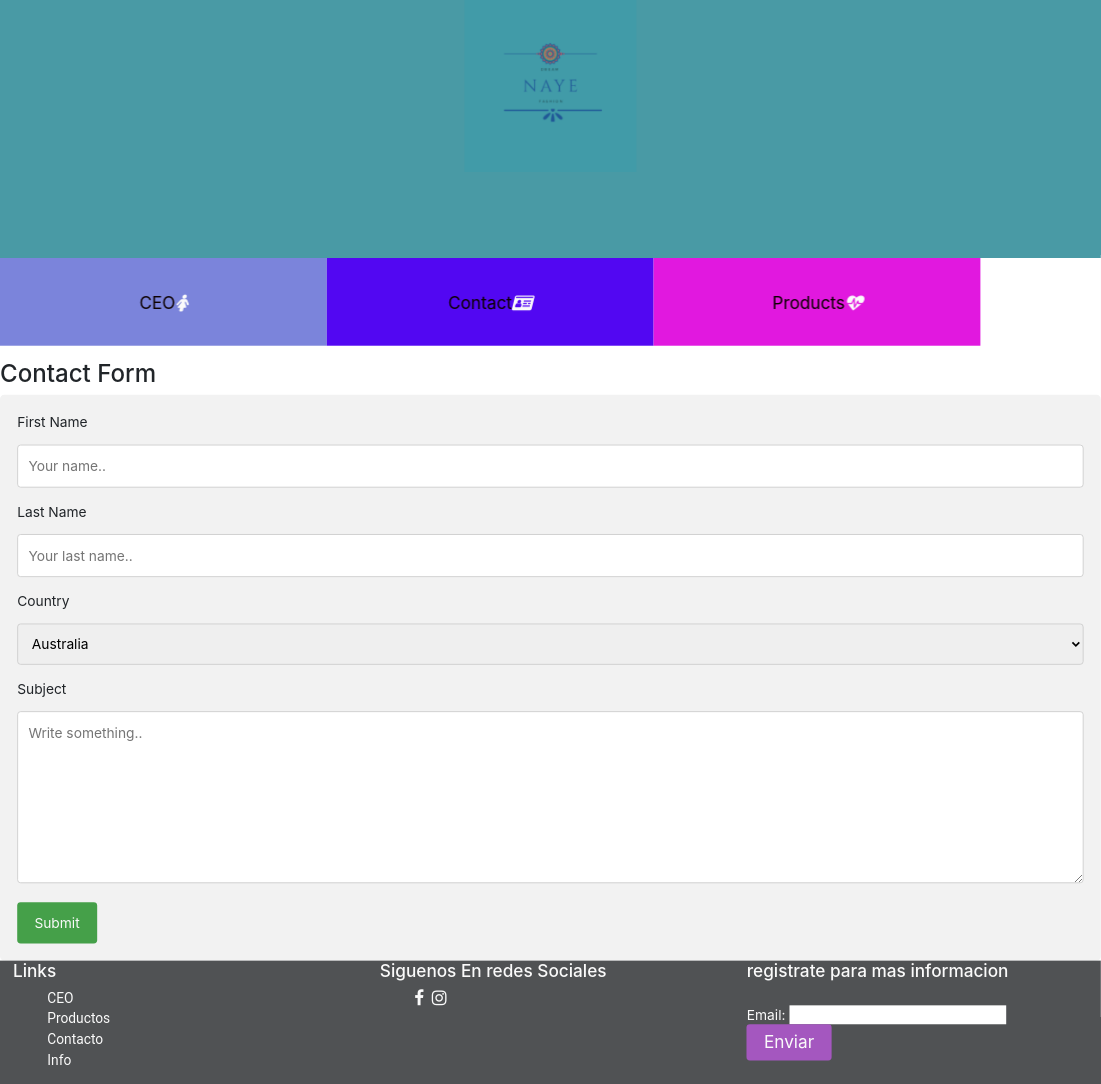
Repository: cachimiro/1-mile-stone-project
Page: contactos.html
The author's editor kept a record of every edit. The page is drawn from the files as they stood at one moment, then again after the next edit.
The browser window is 1280 px wide. The pictures show the whole page, at 86% of full size.
The pointer rests on the first visible `input[type=submit]`.
Some web libraries are served in a nearby version.

Above is the page before.

After the next edit:
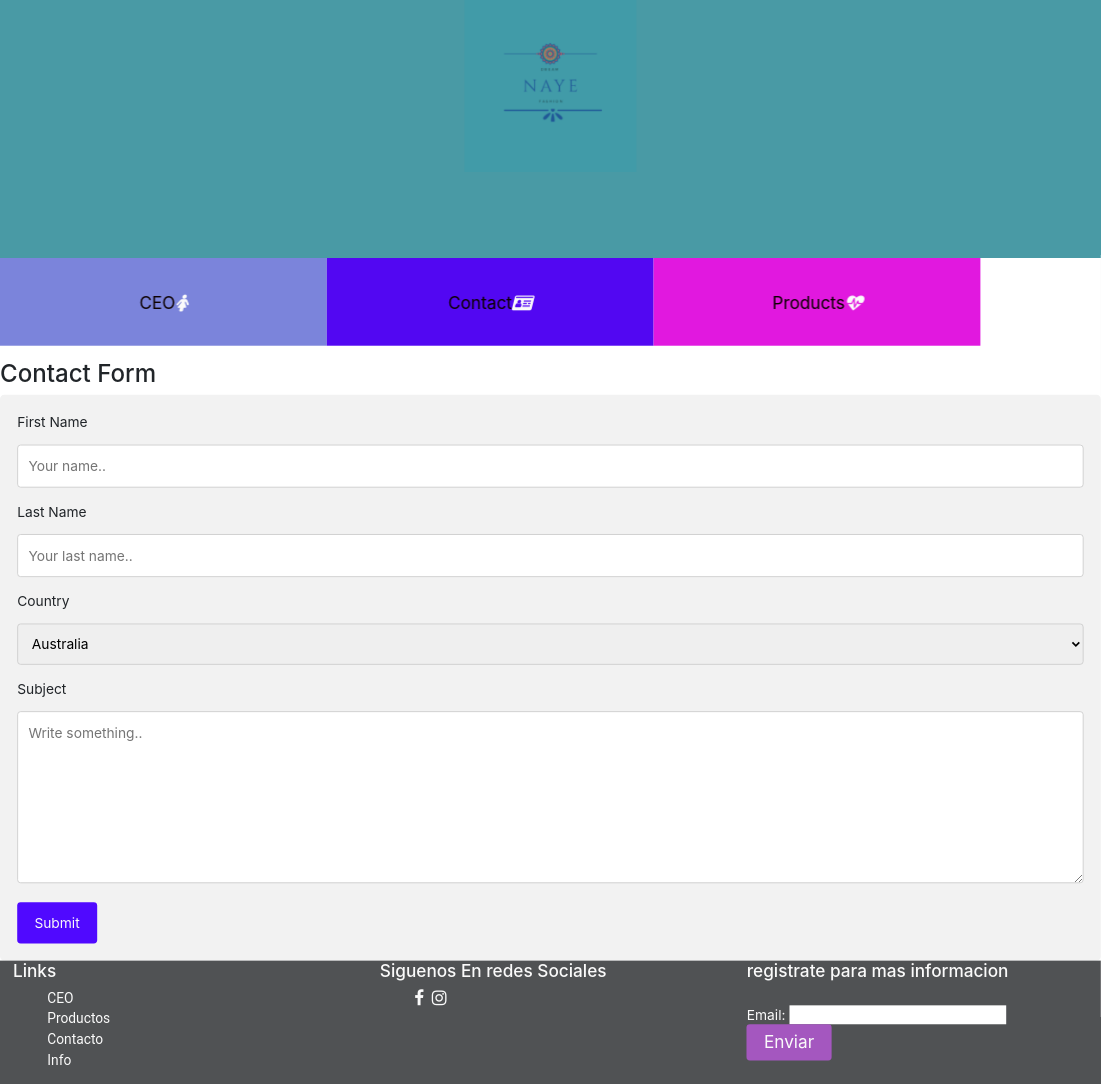
The edit:
--- a/css/style.css
+++ b/css/style.css
@@ -511,7 +511,7 @@
 }
 
 input[type=submit]:hover {
-  background-color: #45a049;
+  background-color: #5009ff;
 }
 
 .container-6 {
